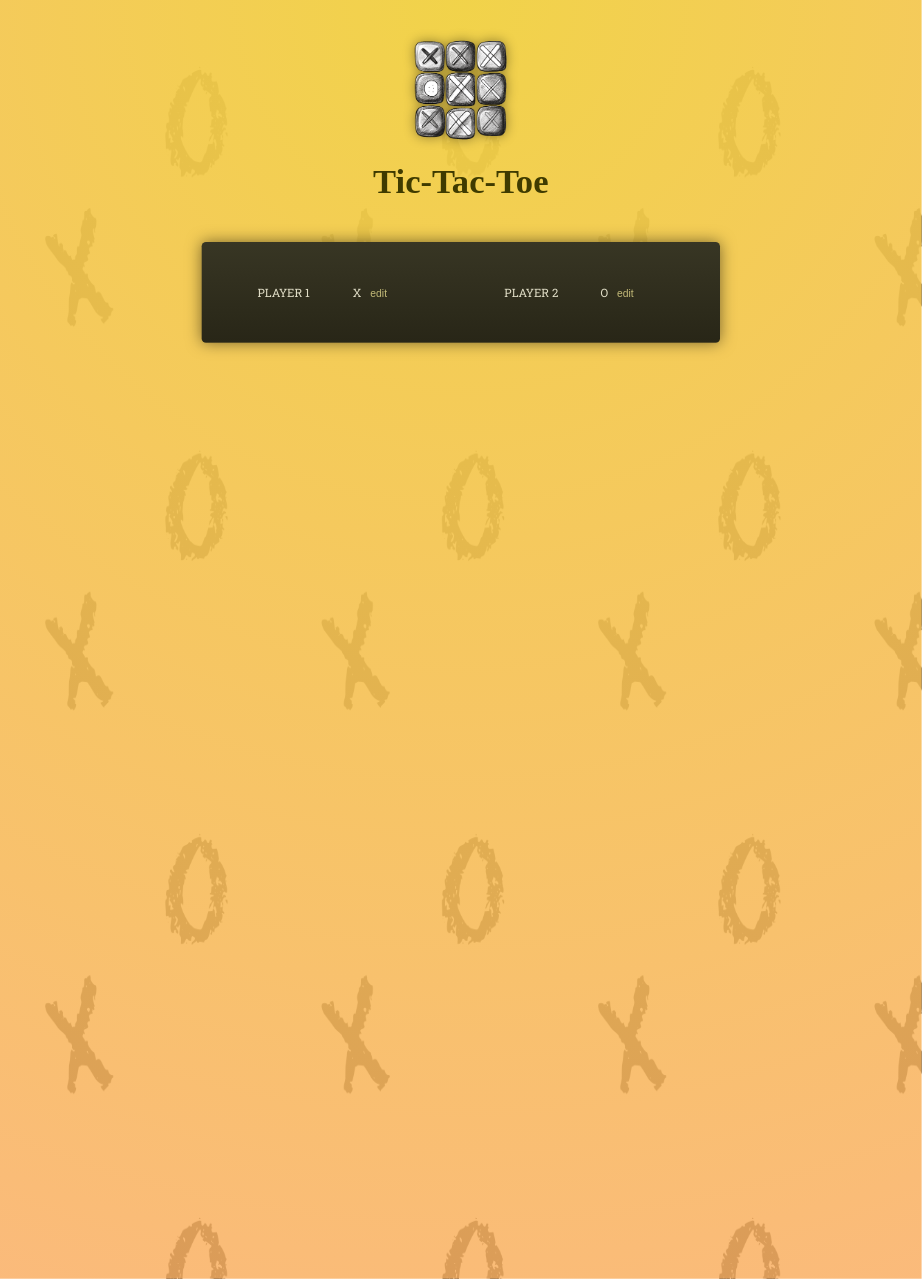
Repository: nithilprasathk/tic-tac-toe
Page: /
The author's editor kept a copy of each file at every save. The page is drawn from the files as they stood at one save, then again after the next save.
The browser window is 1280 px wide. The pictures show the whole page, at 72% of full size.
Some web fonts or font styles are not loaded; a fallback is used. The project was rebuilt for these pictures with package versions that can differ from the ones it lists, and the page was loaded fresh each time. Also part of the build but not shown: vite.config.js.

Above is the page before, as saved 2024-02-02 17:51:12.

### index.html
<!DOCTYPE html>
<html lang="en">
  <head>
    <meta charset="UTF-8" />
    <link rel="icon" type="image/svg+xml" href="/game-logo.png" />
    <meta name="viewport" content="width=device-width, initial-scale=1.0" />
    <title>React Tic-Tac-Toe</title>
  </head>
  <body>
    <header>
      <img src="game-logo.png" alt="Tic tac toe game board">
      <h1>Tic-Tac-Toe</h1>
    </header>
    <div id="root"></div>
    <script type="module" src="/src/index.jsx"></script>
  </body>
</html>

### src/App.jsx
import Player from "./components/Player"
function App() {


  return (
   <main>
    <div id="game-container">
      <ol id="players">
        <Player name="Player 1" symbol="X"/>
        <li>
        <span className="players">
          <span className="player-name">Player 2</span>
          <span className="player-symbol">O</span>
          </span>
          <button>edit</button>
        </li>
      </ol>

    </div>
   </main>
  )
}

export default App

### src/components/Player.jsx
export default function Player({name,symbol}){
    return(

        <li>
          <span className="players">
          <span className="player-name">{name}</span>
          <span className="player-symbol">{symbol}</span>
          </span>
          <button>edit</button>
        </li>

    );
}

Loaded but not shown: src/index.jsx (common file); src/index.css (common file)

After the next save:
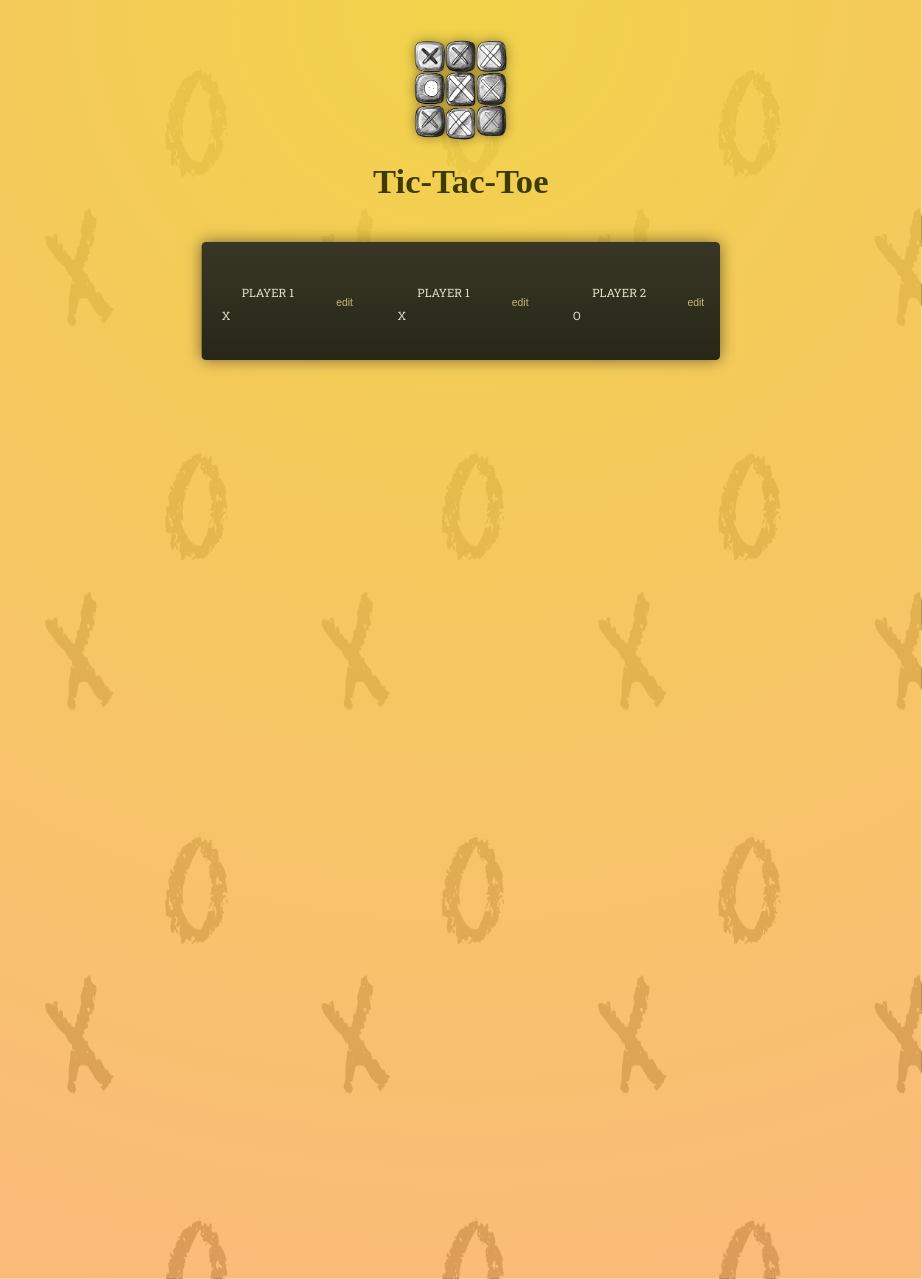
Saved 20 s later.
--- a/src/App.jsx
+++ b/src/App.jsx
@@ -6,6 +6,7 @@
    <main>
     <div id="game-container">
       <ol id="players">
+        <Player name="Player 1" symbol="X"/>
         <Player name="Player 1" symbol="X"/>
         <li>
         <span className="players">

After the 3 saves that followed:
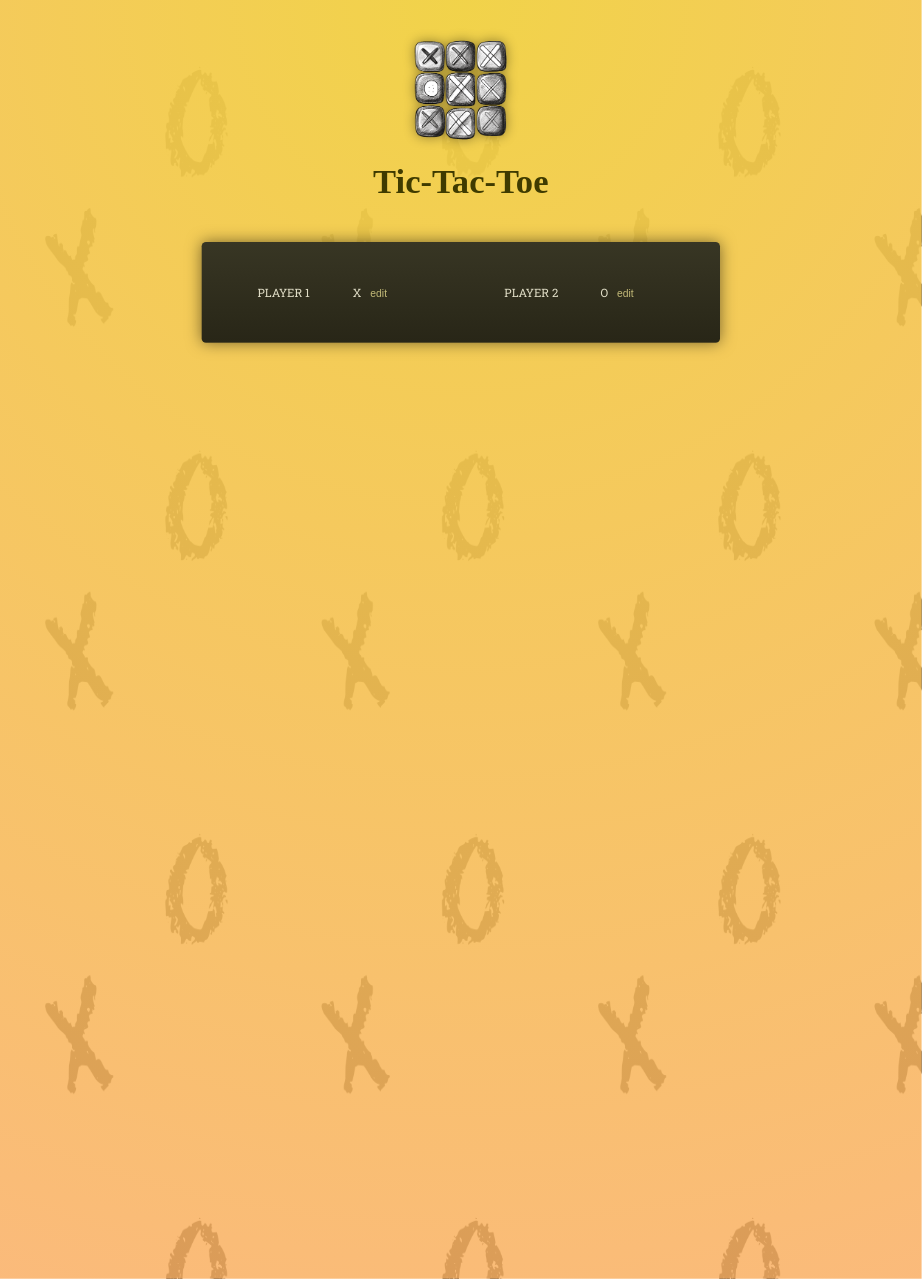
The 3 saves are shown as one change because they came seconds apart.
The last was saved 10 s later.
--- a/src/App.jsx
+++ b/src/App.jsx
@@ -7,14 +7,8 @@
     <div id="game-container">
       <ol id="players">
         <Player name="Player 1" symbol="X"/>
-        <Player name="Player 1" symbol="X"/>
-        <li>
-        <span className="players">
-          <span className="player-name">Player 2</span>
-          <span className="player-symbol">O</span>
-          </span>
-          <button>edit</button>
-        </li>
+        <Player name="Player 2" symbol="O"/>
+
       </ol>
 
     </div>
